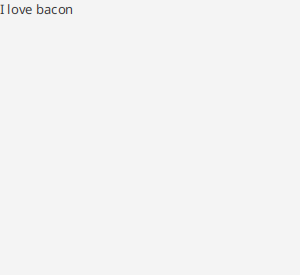
Repository: joegaBonito/JavaFX--JAVA-
Program's window: java 31,32,33 FXML/src/application/Main.java
The author's editor kept a copy of each file at every save. The program's window is drawn from the files as they stood at one save, then again after the next save.
It runs on Java 21 on a 1366 x 768 screen with JavaFX 11; the title bar is not drawn.

Above is the program's window before, as saved 2016-02-15 04:53:27.

After the next save:
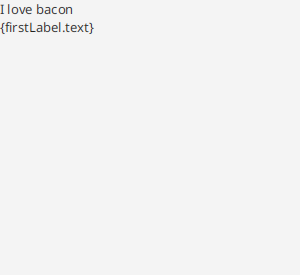
Saved 115 s later.
--- a/31,32,33 FXML/src/application/sample.fxml
+++ b/31,32,33 FXML/src/application/sample.fxml
@@ -5,7 +5,9 @@
 <VBox prefHeight="400.0" prefWidth="600.0" xmlns="http://javafx.com/javafx/8" xmlns:fx="http://javafx.com/fxml"
       fx:controller="application.Controller">
 
-    <Label text="I love bacon"/>
+    <Label text="I love bacon" fx:id="firstLabel"/>
+    <Label text="{firstLabel.text}"/>
+
     <!--  <Button text="Submit" fx:id="button" onAction="#handleButtonClick"/> -->
 
 </VBox>
